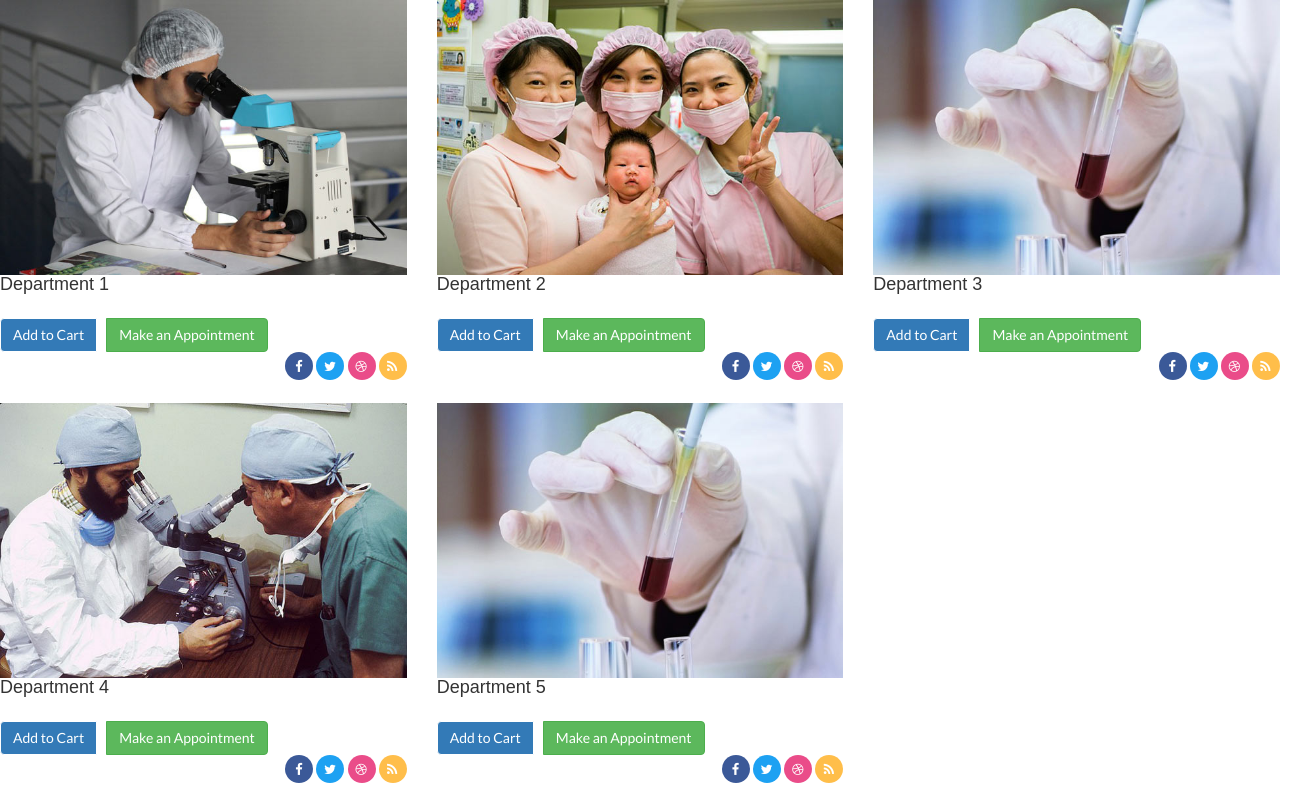
Repository: 72-faisal/work_to_do
Page: http://localhost/Khajina_Doctor/Department-home.jsp
An editor plug-in stored every save of this project. The page is shown before and after the next save, followed by the edit.
The browser window is 1280 px wide. The page is 1295 px wide, so the pictures cover 1295 px, including what lies to the right of the window. The pictures show the whole page.
Some web fonts or font styles are not loaded; a fallback is used. The page is served by Tomcat 9.

Above is the page before, as saved 2023-04-15 20:25:05.

After the next save:
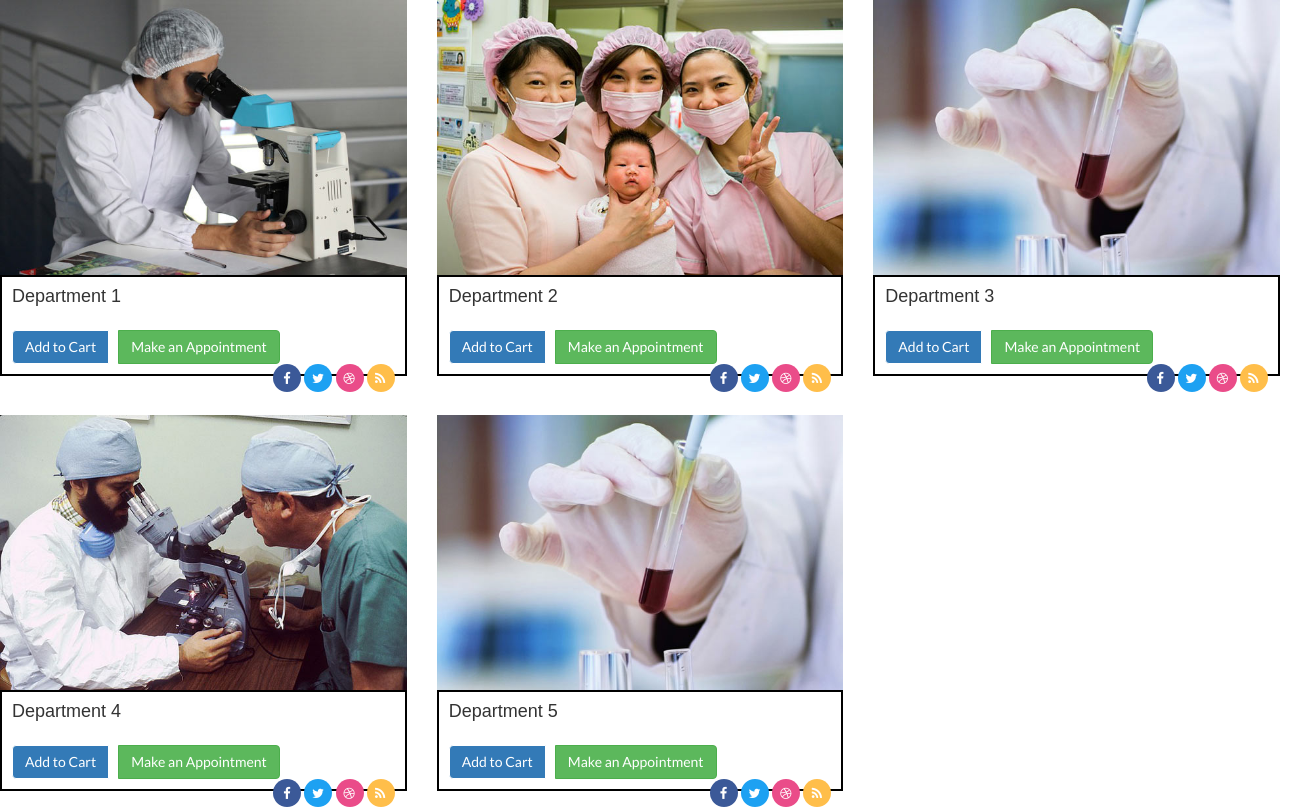
Saved 27 s later.
--- a/Khajina_Doctor/Khajina_Doctor/src/main/webapp/Department-home.jsp
+++ b/Khajina_Doctor/Khajina_Doctor/src/main/webapp/Department-home.jsp
@@ -25,7 +25,7 @@ Smartphone Compatible web template, free web designs for Nokia, Samsung, LG, Son
 <link href="//fonts.googleapis.com/css?family=Raleway:200,200i,300,300i,400,400i,500,500i,600,600i,700,700i,800" rel="stylesheet">
 <link href="//fonts.googleapis.com/css?family=Lato:300,300i,400,400i,700,900" rel="stylesheet">
 <style>
-.col-md-4 department {
+.overlay {
   border: 2px solid black; /* Set the border style to a 1px solid black line */
   padding: 10px; /* Add some padding around the box content to make it easier to read */
 }
